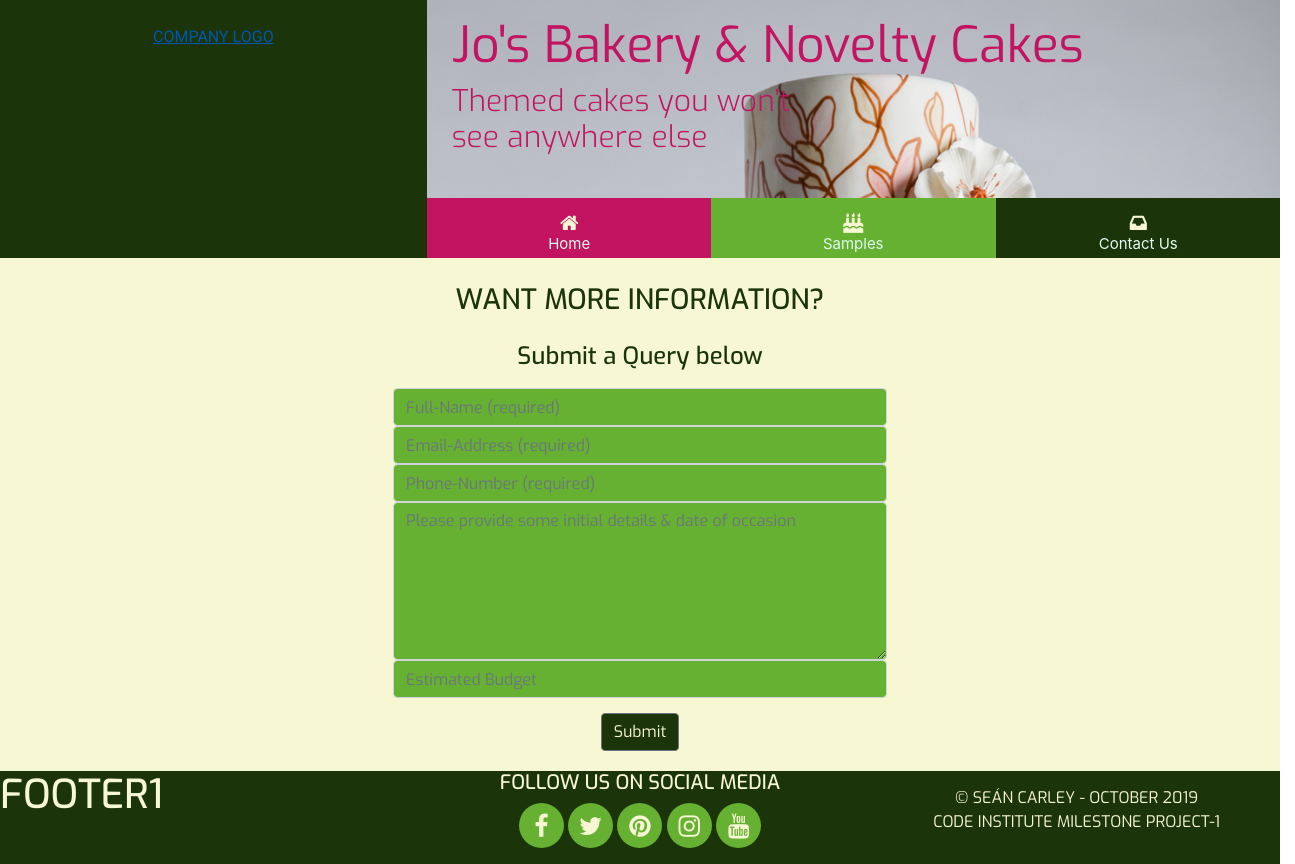
Repository: seanjcarley/Milestone1
Page: contact.html
The author's editor kept a record of every edit. The page is drawn from the files as they stood at one moment, then again after the next edit.
The browser window is 1280 px wide. The page is 1295 px wide, so the pictures cover 1295 px, including what lies to the right of the window. The pictures show the whole page.

Above is the page before.

### contact.html
<!DOCTYPE html>
<html lang="en">

<head>
    <meta charset="UTF-8">
    <meta name="viewport" content="width=device-width, initial-scale=1.0">
    <meta http-equiv="X-UA-Compatible" content="ie=edge">
    <link rel="stylesheet" href="https://stackpath.bootstrapcdn.com/bootstrap/4.3.1/css/bootstrap.min.css" type="text/css" />
    <link rel="stylesheet" href="https://stackpath.bootstrapcdn.com/font-awesome/4.7.0/css/font-awesome.min.css" type="text/css">
    <link rel="stylesheet" href="https://cdnjs.cloudflare.com/ajax/libs/hover.css/2.3.1/css/hover-min.css" type="text/css">
    <link rel="stylesheet" href="css/style.css">
    <title>Jo's Bakery and Novelty Cakes</title>
</head>

<body>
    <header>
        <div class="row no-gutters">
            <a href="#" class="col-md-4 logo">COMPANY LOGO</a>
            <div class="col-md-8 cake-image">
                <div class="row no-gutters">
                    <div class="col page-header">
                        <h1 class="name caps">Jo's Bakery & Novelty Cakes</h1>
                        <h2 class="tag-line caps">Themed cakes you won’t<br/>see anywhere else</h2>
                    </div>
                </div>
                <div class="row no-gutters">
                    <div class="col">
                        <ul id="nav" class="list-inline menucontainer">
                            <li class="col col-sm-4 menu-item-color-home list-inline-item menuitem">
                                <a class="hvr-sweep-to-right" href="index.html"><i class="fa fa-home" aria-hidden="true"></i><span>Home</span></a>
                            </li>
                            <li class="col col-sm-4 menu-item-color-samples list-inline-item menuitem">
                                <a class="hvr-sweep-to-right" href="showcase.html"><i class="fa fa-birthday-cake" aria-hidden="true"></i><span>Samples</span></a>
                            </li>
                            <li class="col col-sm-4 menu-item-color-contact list-inline-item menuitem">
                                <a class="hvr-sweep-to-right" href="contact.html"><i class="fa fa-inbox" aria-hidden="true"></i><span>Contact Us</span></a>
                            </li>
                        </ul>
                    </div>
                </div>
            </div>
        </div>
    </header>
    <section class="container-fluid section-color">
        <div class="row">
            <div class="col-md-2"></div>
            <div class="col-md-8">
                <h3 class="form-heading uppercase">Want more Information?</h3>
                <h4 class="form-heading">Submit a Query below</h4>
                <div class="center-form">
                    <form>
                        <input type="text" name="fullname" id="name-field" class="form-control" placeholder="Full-Name (required)" required/>
                        <input type="text" name="emailaddress" id="email-field" class="form-control" placeholder="Email-Address (required)" required/>
                        <input type="text" name="phonenumber" id="phone-field" class="form-control" placeholder="Phone-Number (required)" required/>
                        <textarea rows="6" name="details" id="desc-field" class="form-control" placeholder="Please provide some initial details & date of occasion"></textarea>
                        <input type="text" name="budget" id="budget-field" class="form-control" placeholder="Estimated Budget"/>
                        <!--***Possible slider for selecting budget***
                        <label>Estimated Budget</label>
                        <input type="range" min="100" max="1000"/>-->
                        <div class="form-row text-center">
                            <div class="col">
                                <button type="submit" class="btn btn-secondary">Submit</button>
                            </div>
                        </div>
                    </form>
                </div>
            </div>
            <div class="col-md-2"></div>
        </div>
    </section>
    <footer class="footer-color">
        <div class="row">
            <div class="col-md-4">
                <h1>FOOTER1</h1>
            </div>
            <div class="col-md-4 social">
                <!--<h1>FOOTER2</h1>-->
                <h5 class="uppercase uppercase">Follow us on Social Media</h5>
                <ul class="list-inline social-icons">
                    <li class="list-inline-item socialitem">
                        <a target="_blank" href="#">
                            <i class="fa fa-facebook" aria-hidden="true"></i>
                            <span class="sr-only">Facebook</span> <!-- This will be read by a screen reader. It does not show on the page -->
                        </a>
                    </li>
                    <li class="list-inline-item socialitem">
                        <a target="_blank" href="#">
                            <i class="fa fa-twitter" aria-hidden="true"></i>
                            <span class="sr-only">Twitter</span> <!-- This will be read by a screen reader. It does not show on the page -->
                        </a>
                    </li>
                    <!--<li class="list-inline-item socialitem">
                        <a target="_blank" href="#">
                            <i class="fa fa-linkedin" aria-hidden="true"></i>
                            <span class="sr-only">LinkedIn</span>
                        </a>
                    </li>-->
                    <li class="list-inline-item socialitem">
                        <a target="_blank" href="#">
                            <i class="fa fa-pinterest" aria-hidden="true"></i>
                            <span class="sr-only">Pinterest</span> <!-- This will be read by a screen reader. It does not show on the page -->
                        </a>
                    </li>
                    <li class="list-inline-item socialitem">
                        <a target="_blank" href="#">
                            <i class="fa fa-instagram" aria-hidden="true"></i>
                            <span class="sr-only">Instagram</span> <!-- This will be read by a screen reader. It does not show on the page -->
                        </a>
                    </li>
                    <li class="list-inline-item socialitem">
                        <a target="_blank" href="#">
                            <i class="fa fa-youtube" aria-hidden="true"></i>
                            <span class="sr-only">YouTube</span> <!-- This will be read by a screen reader. It does not show on the page -->
                        </a>
                    </li>
                </ul>
            </div>
            <div class="col-md-4 copyrite uppercase">
                <!--<h1>FOOTER3</h1>-->
                &copy; Seán Carley - October 2019
                <br/> Code Institute Milestone Project-1
            </div>
        </div>
    </footer>
</body>

</html>

### css/style.css
@import url('https://fonts.googleapis.com/css?family=Roboto:100,200,300,400,500,600,700|Exo:100,200,300,400,500,600,700');

/*----------------------------------------------------------------------------*/
/* Colours */
/*----------------------------------------------------------------------------*/

.menu-item-color-home {
    background-color: #C21460;
    color: #F7F7D4;
}

.menu-item-color-samples {
    background-color: #66B032;
    color: #F7F7D4;
}

.menu-item-color-contact {
    background-color: #1B3409;
    color: #F7F7D4;
}

.section-color {
    background-color: #F7F7D4;
    color: #1B3409;
}

.side-section {
    background-color: #66B032;
}

.footer-color {
    background-color: #1B3409;
    color: #F7F7D4;
}

/*----------------------------------------------------------------------------*/
/* Body */
/*----------------------------------------------------------------------------*/

body {
    margin: 0;
    min-height: 100%;
}

/*----------------------------------------------------------------------------*/
/* Header */
/*----------------------------------------------------------------------------*/

header {
    margin: 20;
    background-color: #fefe33;
}

.cake-image {
    background: url("../images/980x1123Slider_0004_Slider_2_Left.jpg");
    background-size: cover;
}

.page-header {
    margin-top: 15px;
    margin-bottom: 35px;
}

.name {
    font-family: "Exo", sans-serif;
    font-weight: 400;
    font-size: 50px;
    margin-left: 25px;
    color: #C21460;
}

.tag-line {
    font-family: "Exo", sans-serif;
    font-weight: 300;
    font-size: 30px;
    margin-left: 25px;
    color: #C21460;
    /*color: #66B032;*/
}

.logo {
    background: url("#");
    background-position: center;
    background-repeat: no-repeat;
    background-size: cover;
    background-color: #1B3409;
    font-family: "Roboto", sans-serif;
    text-align: center;
    padding-top: 25px;
    min-height: 240px;
}

.list-inline-item:not(:last-child) {
    margin-right: 0;
}

.menucontainer {
    font-size: 0;
}

#nav li {
    font-size: 14px;
    padding: 0;
}

#nav {
    margin: 0;
}

.menuitem {
    height: 60px;
    text-align: center;
    padding: 0;
}

.menuitem a {
    width: 100%;
    text-decoration: none;
    color: #defdef;
    height: 100%;
}

.menuitem a i {
    padding-top: 15px;
    display: block;
    color: #F7F7D4;;
    font-size: 20px;
}

.menuitem span {
    display: block;
    font-size: 15px;
}

.hvr-sweep-to-bottom:before,
.hvr-sweep-to-top:before,
.hvr-sweep-to-right:before {
    background: rgba(0, 0, 0, 0.2);
    height: 60px;
}

/*----------------------------------------------------------------------------*/
/* Index Section */
/*----------------------------------------------------------------------------*/

section {
    margin: 0;
    font-family: "Exo", sans-serif;
}

.main-section {
    padding-left: 15px;
}

.origin {
    text-align: center;
    padding-top: 15px;
}

.section-txt {
    margin: 15px;
}

.section-txt a {
    text-decoration: none;
    color: #1B3409;
}

.section-txt a:hover {
    color: #C21460;
}

.question {
    text-align: center;
}

/*----------------------------------------------------------------------------*/
/* Contact Section */
/*----------------------------------------------------------------------------*/

.form-heading {
    font-family: "Exo", sans-serif;
    font-weight: 500;
    margin-top: 25px;
    /*margin-bottom: ;*/
    text-align: center;
}

.center-form {
    padding-top: 10px;
    margin: 0 auto;
    max-width: 60%;
    text-align: center;
}

button[type="submit"] {
    margin-top: 15px;
    margin-bottom: 20px;
    color: #F7F7D4;
    background-color: #1B3409;
}

button[type="submit"]:hover {
    color: #66B032;
    background-color: #C21460;
    font-weight: 300;
     transition: all 0.35s ease-in-out;
    -moz-transition: all 0.35s ease-in-out;
    -webkit-transition: all 0.35s ease-in-out;
    -o-transition: all 0.35s ease-in-out;
}

#name-field {
    background-color: #66B032;
    color: #F7F7D4;
}

#email-field {
    background-color: #66B032;
    color: #F7F7D4;
}

/* Trying to overe ride the color of the placeholder text on the form */
/*#email-field:before {
    background-color: #66B032;
    color: #66B032;
}*/

#phone-field {
    background-color: #66B032;
    color: #F7F7D4;
}

#desc-field {
    background-color: #66B032;
    color: #F7F7D4;
}

#budget-field {
    background-color: #66B032;
    color: #F7F7D4;
}

/*----------------------------------------------------------------------------*/
/* Footer */
/*----------------------------------------------------------------------------*/

footer {
    margin: 0;
    font-family: "Exo", sans-serif;
}

.footer-text a {
    text-decoration: none;
}

.footer-txt a:hover {
    text-decoration: none;
    color: #1B3409;
}

.copyrite {
    text-align: center;
    margin-top: 15px;
    font-size: 100;
}

.social {
    text-align: center;
    /*margin-top: 15px;*/
}

/*.social-icons li a {

}*/

.social-icons li a i {
    width: 45px;
    height: 45px;
    padding: 6px 0;
    /*margin-top: 5px;*/
    border-radius: 50%;
    font-size: 25px;
    background-color: #66B032;
    color: #F7F7D4;
    text-align: center;
    line-height: 35px;
    transition: all 0.35s ease-in-out;
    -moz-transition: all 0.35s ease-in-out;
    -webkit-transition: all 0.35s ease-in-out;
    -o-transition: all 0.35s ease-in-out;
}

.social-icons li a i:hover {
    background-color: #C21460;
    color: #66B032;
}

.socialitem span {
    display: block;
    width: 100%;
    font-size: 35px;
}

.bold {
    font-weight: 600;
}

.uppercase {
    text-transform: uppercase;
}

/*----------------------------------------------------------------------------*/
/* Media Queries */
/*----------------------------------------------------------------------------*/

@media (max-width:767px) {
    .logo {
        display: none;
    }

    .page-header {
    margin-top: 15px;
    margin-bottom: 10px;
    color: #F7F7D4;
    }

    .desktop {
        display: none;
    }
}

After the next edit:
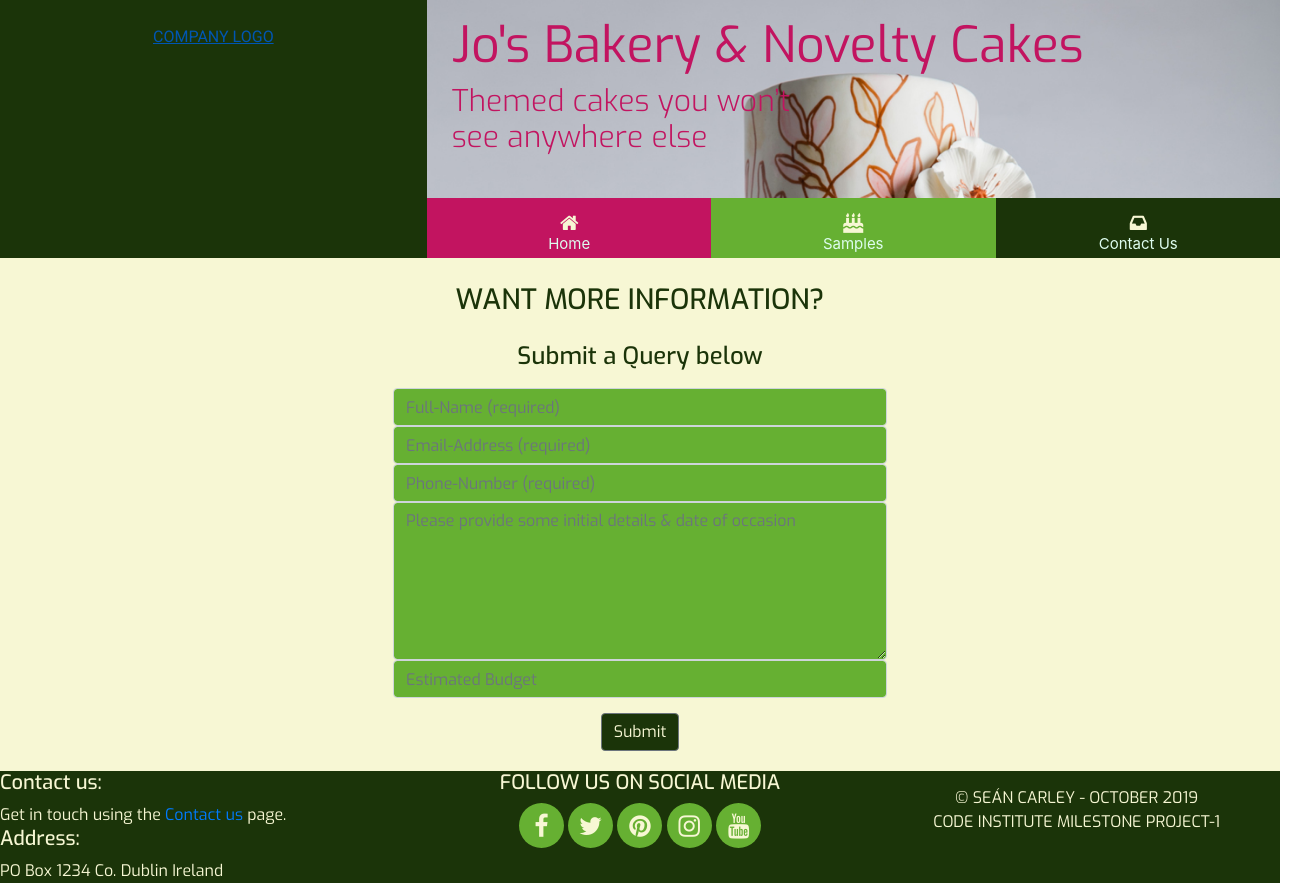
The edit:
--- a/contact.html
+++ b/contact.html
@@ -68,10 +68,16 @@
             <div class="col-md-2"></div>
         </div>
     </section>
-    <footer class="footer-color">
+     <footer class="footer-color">
         <div class="row">
             <div class="col-md-4">
-                <h1>FOOTER1</h1>
+                <!--<h1>FOOTER1</h1>-->
+                <h5>Contact us: </h5>
+                Get in touch using the <a href="contact.html">Contact us</a> page.
+                <h5>Address: </h5>
+                PO Box 1234
+                Co. Dublin
+                Ireland
             </div>
             <div class="col-md-4 social">
                 <!--<h1>FOOTER2</h1>-->
